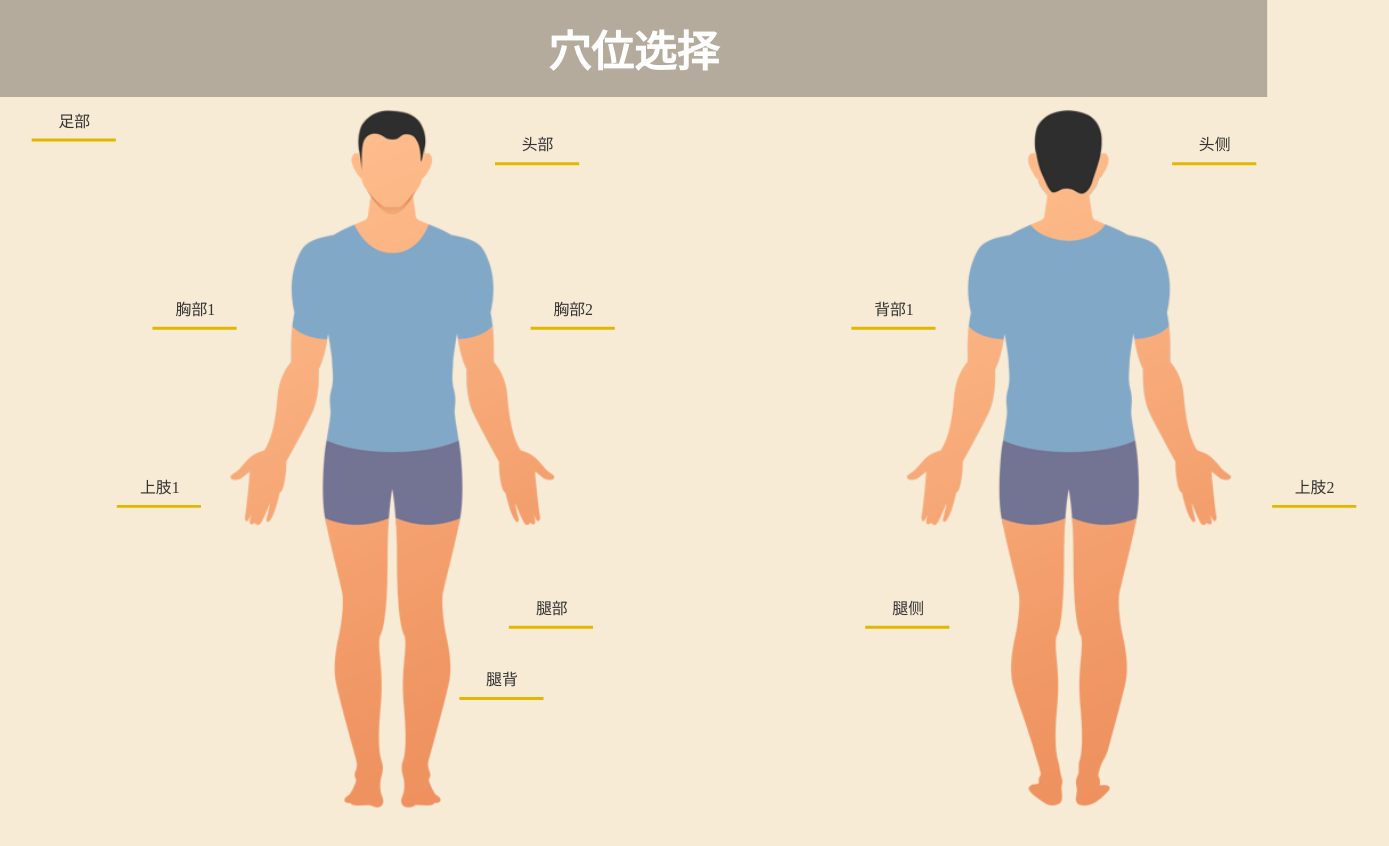
Repository: chjyume/zhongyi
Page: xuewei.html
An editor plug-in stored every save of this project. The page is shown before and after the next save, followed by the edit.
The browser window is 1280 px wide. The page is 1403 px wide, so the pictures cover 1403 px, including what lies to the right of the window. The pictures show the whole page, at 99% of full size.

Above is the page before, as saved 2023-09-12 21:20:08.

After the next save:
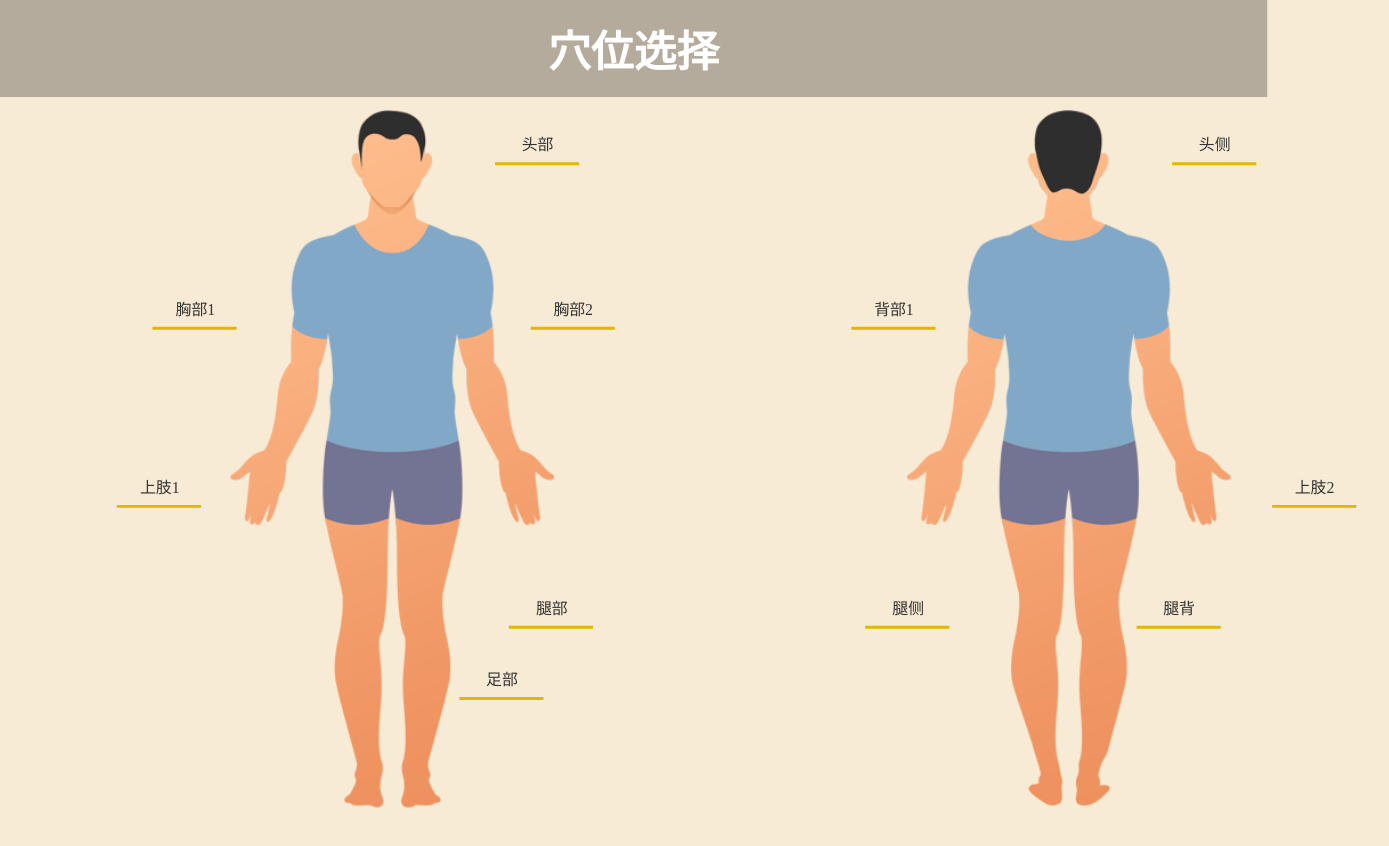
Saved 10 s later.
--- a/css/xuewei.css
+++ b/css/xuewei.css
@@ -84,7 +84,7 @@ margin: 0;
         top: 82vh;
         left: 155vh;
 }
-.btn10 {
+.btn11 {
     position: absolute;
     top: 92vh;
     left: 60vh;
